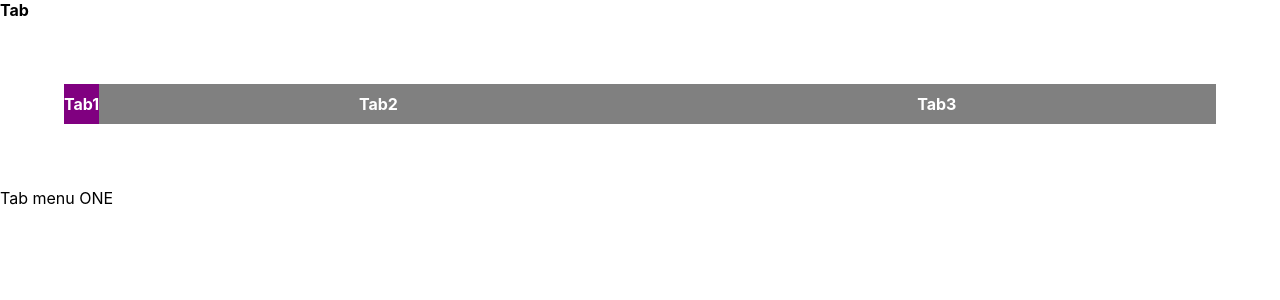
Repository: janghwahyun/wanted_pre_onboarding
Page: /Tab
These files come from the project's save history. The page is drawn as it stood at one moment and after a run of saves; the edit follows.
The browser window is 1280 px wide. The pictures show the whole page.
The project was rebuilt for these pictures with package versions that can differ from the ones it lists, and the page was loaded fresh each time. Also part of the build but not shown: src/component/ClickToEdit.js, src/component/Modal.js, src/component/Tag.js, src/component/Toggle.js.

Above is the page before, as saved 2022-02-11 15:35:26.

After the next 2 saves:
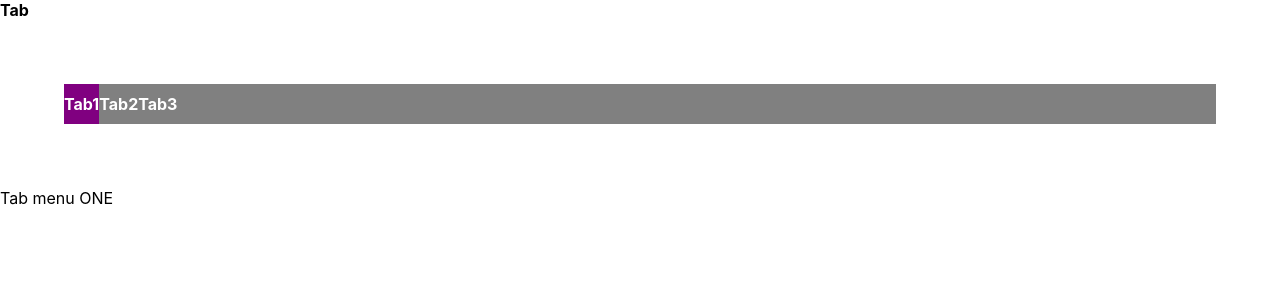
The 2 saves are shown as one change because 1 did not build or start.
The last was saved 31 s later.
--- a/src/component/Tab.js
+++ b/src/component/Tab.js
@@ -42,6 +42,7 @@ const TabMenu = styled.li`
   align-items: center;
   margin: 4em;
   height: 40px;
+  flex-grow: 1;
 
   .isMenu {
     display: flex;
@@ -56,7 +57,7 @@ const TabMenu = styled.li`
     display: flex;
     justify-content: center;
     align-items: center;
-    flex-grow: 1;
+
     cursor: pointer;
   }
 `;
